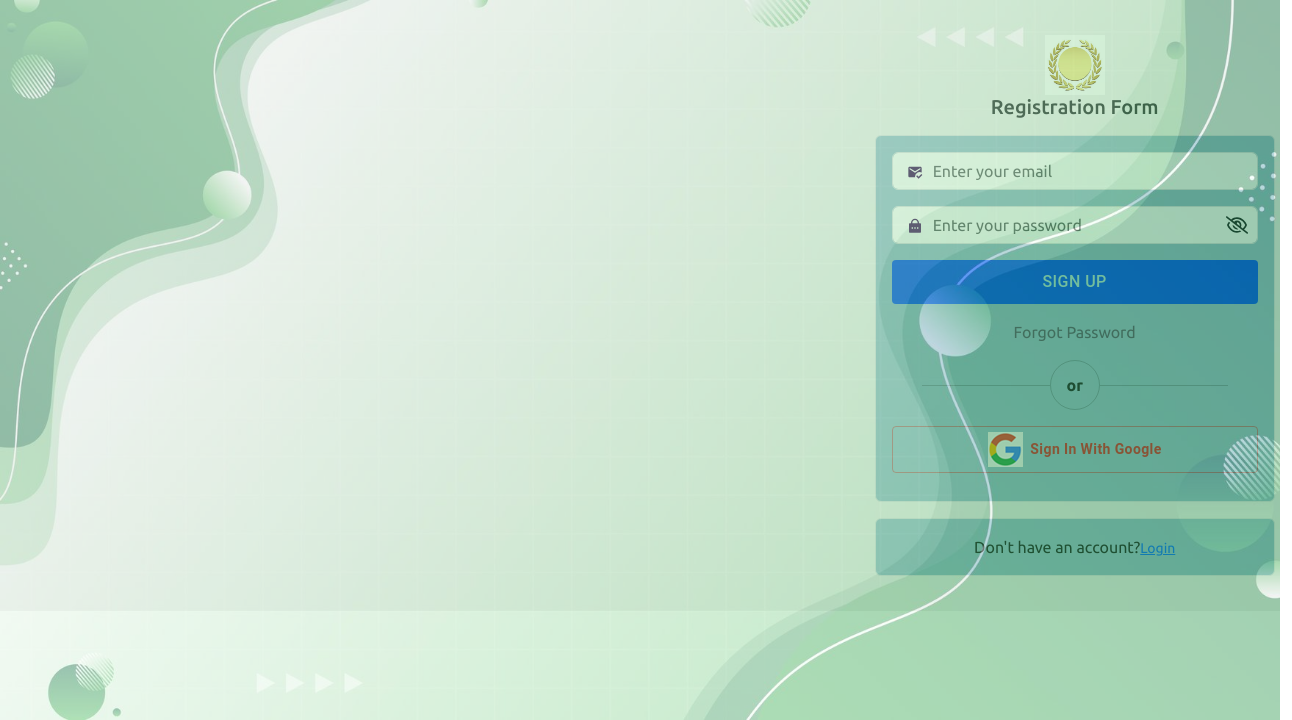
Repository: gautamsonam011/admin-react-dashboard
Page: /signup
These files come from the project's save history. The page is drawn as it stood at one moment and after the next save; the edit follows.
The browser window is 1280 px wide. The page is 1292 px wide, so the pictures cover 1292 px, including what lies to the right of the window. The pictures show the whole page.
The project was rebuilt for these pictures with package versions that can differ from the ones it lists, and the page was loaded fresh each time. Also part of the build but not shown: src/components/DashboardBox.jsx, src/pages/Dashboard/Dashboard.jsx, src/pages/Login/index.jsx.

Above is the page before, as saved 2025-04-26 21:31:42.

After the next save:
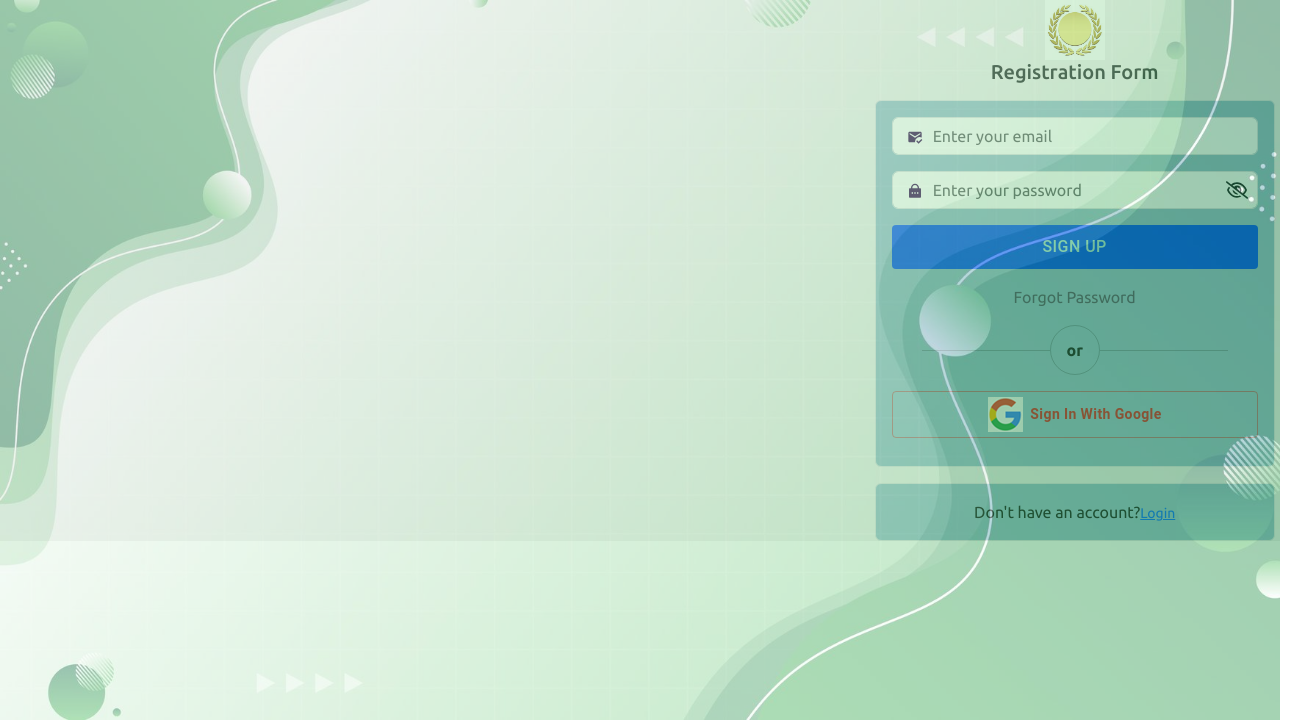
Saved 100 s later.
--- a/src/App.css
+++ b/src/App.css
@@ -140,4 +140,5 @@ position:relative; overflow:hidden;}
 .loginSection .loginBox .wrapper .form-group{margin-bottom: 12px;}
 .loginwithGoogle{text-transform: capitalize !important; font-weight: bold !important;}
 /* Registration Form */
-.signupSection{background: #f1f1f1 !important; padding: 35px 0px;}
+.signupSection{background: #f1f1f1 !important; padding: 0px 0px;}
+.signupSection .loginBox{background: #f0f0f0 !important;}
